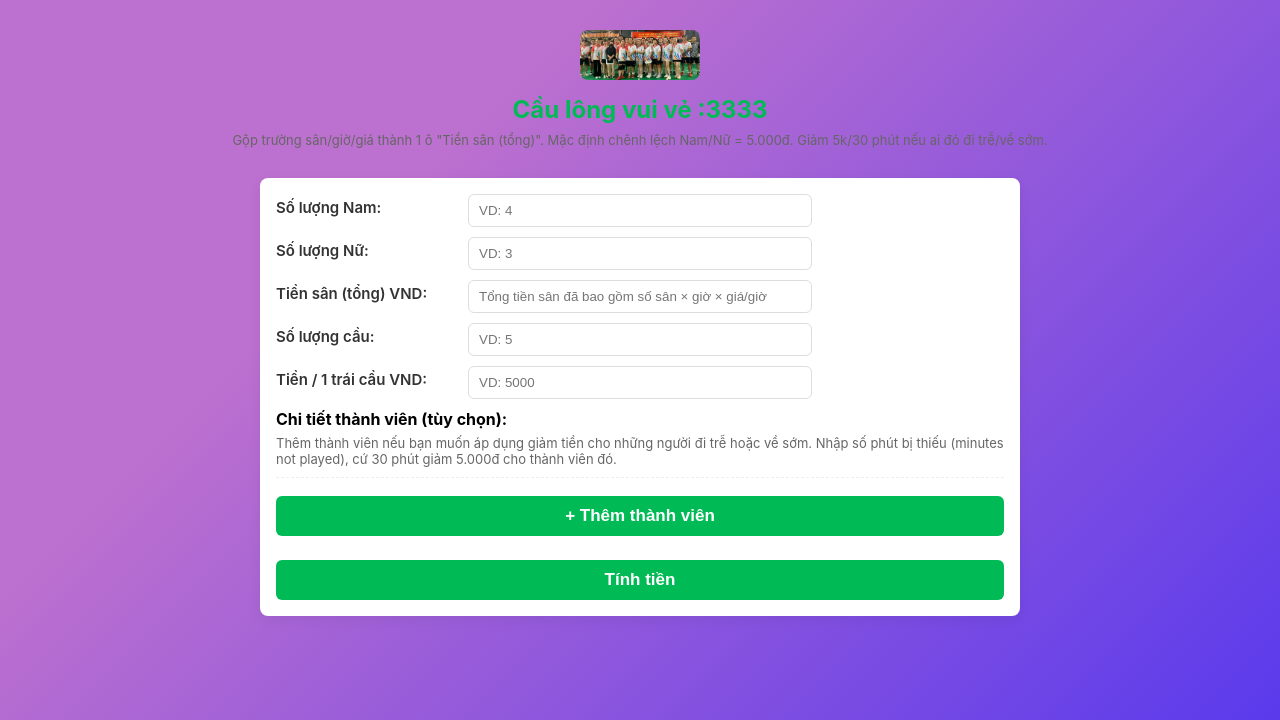
Repository: LuongPTCE181311/Badminton
Page: index.html
An editor plug-in stored every save of this project. The page is shown before and after the next save, followed by the edit.
The browser window is 1280 px wide. The pictures show the whole page.

Above is the page before, as saved 2025-12-09 13:12:38.

After the next save:
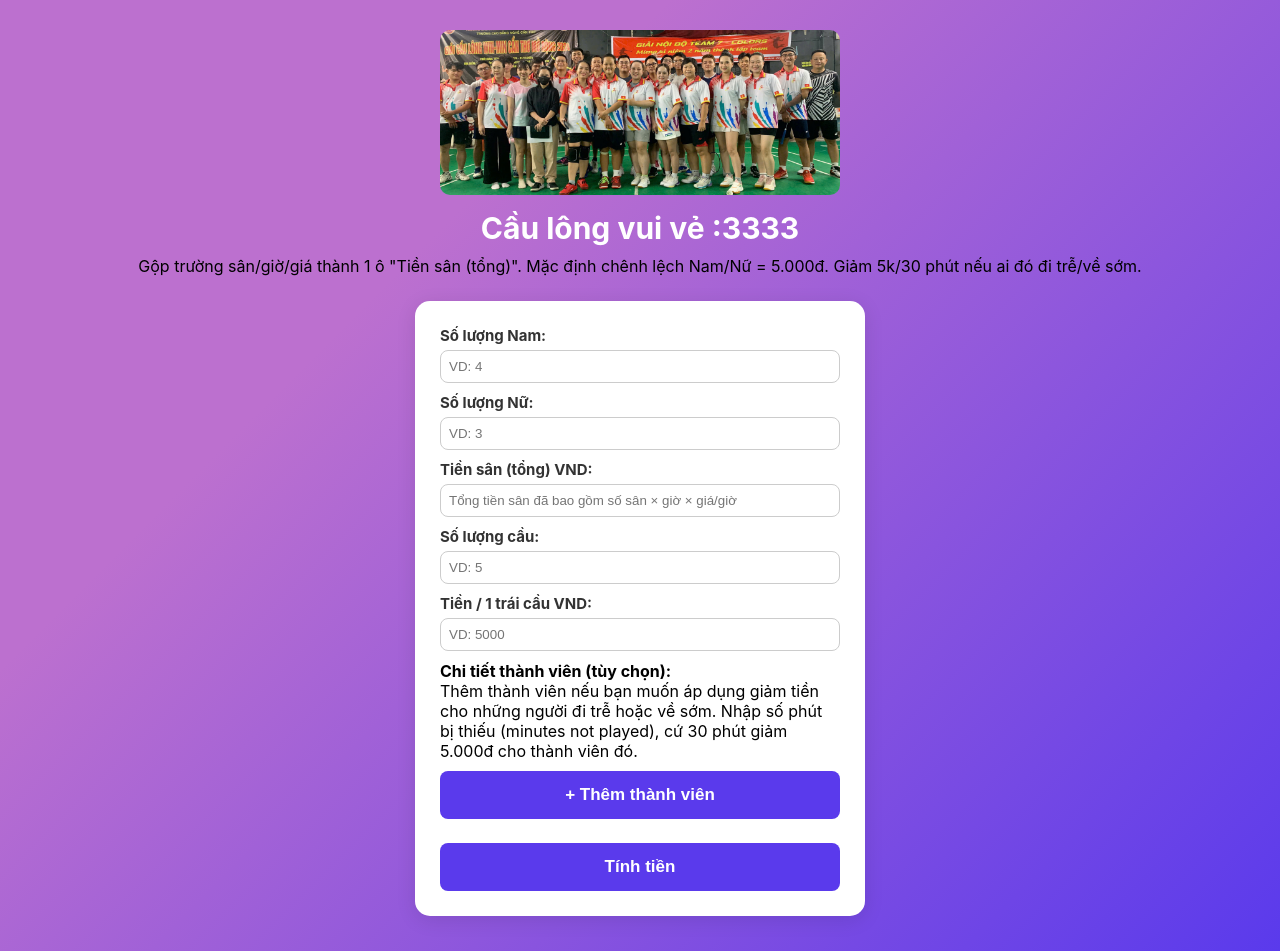
Saved 13 min 2 s later.
--- a/index.html
+++ b/index.html
@@ -6,119 +6,11 @@
     <meta name="viewport" content="width=device-width, initial-scale=1.0" />
     <title>Tính Tiền Sân Cầu Lông</title>
     <link rel="stylesheet" href="assets/css/style.css" />
-    <style>
-        .container {
-            max-width: 760px;
-            margin: 20px auto;
-            padding: 16px;
-            background: #fff;
-            border-radius: 8px;
-            box-shadow: 0 4px 14px rgba(0, 0, 0, 0.06);
-        }
-
-        .hero {
-            text-align: center;
-            margin-bottom: 12px;
-        }
-
-        .title {
-            margin: 8px 0;
-            font-size: 24px;
-            color: #0b5;
-        }
-
-        .form-group {
-            display: flex;
-            gap: 12px;
-            align-items: center;
-            margin-bottom: 10px;
-            flex-wrap: wrap;
-        }
-
-        .form-group label {
-            width: 180px;
-            font-weight: 600;
-            color: #333;
-        }
-
-        .form-group input,
-        .form-group select {
-            flex: 1;
-            padding: 8px 10px;
-            border: 1px solid #ddd;
-            border-radius: 6px;
-        }
-
-        .note {
-            font-size: 13px;
-            color: #666;
-            margin-top: 6px;
-            margin-bottom: 10px;
-        }
-
-        .btn {
-            background: #0b5;
-            color: #fff;
-            border: none;
-            padding: 10px 14px;
-            border-radius: 6px;
-            cursor: pointer;
-            font-weight: 600;
-        }
-
-        .member-list {
-            margin-top: 10px;
-            border-top: 1px dashed #eee;
-            padding-top: 10px;
-        }
-
-        .member-row {
-            display: flex;
-            gap: 8px;
-            margin-bottom: 8px;
-            align-items: center;
-        }
-
-        .member-row input,
-        .member-row select {
-            padding: 6px 8px;
-            border: 1px solid #ddd;
-            border-radius: 6px;
-        }
-
-        .small {
-            width: 110px;
-        }
-
-        .remove-btn {
-            background: #ff6b6b;
-            color: #fff;
-            border: none;
-            padding: 6px 8px;
-            border-radius: 6px;
-            cursor: pointer;
-        }
-
-        .result-box {
-            margin-top: 12px;
-            background: #f9f9f9;
-            padding: 12px;
-            border-radius: 8px;
-        }
-
-        .error {
-            color: #d00;
-            font-size: 13px;
-            margin-left: 180px;
-            display: block;
-        }
-    </style>
 </head>
 
 <body>
     <div class="hero">
-        <img src="assets/images/Caulongvuive.jpg" id="img" class="hero-img" alt="Group"
-            style="max-width:120px;border-radius:8px;" />
+        <img src="assets/images/Caulongvuive.jpg" id="img" class="hero-img" alt="Group" />
         <h1 class="title">Cầu lông vui vẻ :3333</h1>
         <div class="note">Gộp trường sân/giờ/giá thành 1 ô "Tiền sân (tổng)". Mặc định chênh lệch Nam/Nữ = 5.000đ. Giảm
             5k/30 phút nếu ai đó đi trễ/về sớm.</div>
@@ -157,20 +49,29 @@
                 <span class="error" id="pricePerShuttle_err"></span>
             </div>
 
-            <div style="margin-top:10px;">
+            <div class="section">
                 <strong>Chi tiết thành viên (tùy chọn):</strong>
                 <div class="note">Thêm thành viên nếu bạn muốn áp dụng giảm tiền cho những người đi trễ hoặc về sớm.
                     Nhập số phút bị thiếu (minutes not played), cứ 30 phút giảm 5.000đ cho thành viên đó.</div>
                 <div id="memberContainer" class="member-list"></div>
-                <button type="button" id="addMemberBtn" class="btn" style="margin-top:8px;">+ Thêm thành viên</button>
+                <button type="button" id="addMemberBtn" class="btn">+ Thêm thành viên</button>
             </div>
 
             <div style="margin-top:14px;">
                 <button type="button" id="calculateBtn" class="btn">Tính tiền</button>
             </div>
         </form>
+    </div>
 
-        <div id="result" class="result-box" style="display:none;"></div>
+    <!-- Modal -->
+    <div id="resultModal" class="modal hidden">
+        <div class="modal-overlay"></div>
+        <div class="modal-content">
+            <button id="closeModal" class="modal-close">×</button>
+            <h2>Kết Quả Tính Tiền</h2>
+            <div id="result"></div>
+            <div style="text-align:right; margin-top:12px;"><button id="closeModalBtn" class="btn">Đóng</button></div>
+        </div>
     </div>
 
     <script src="assets/js/main.js"></script>
